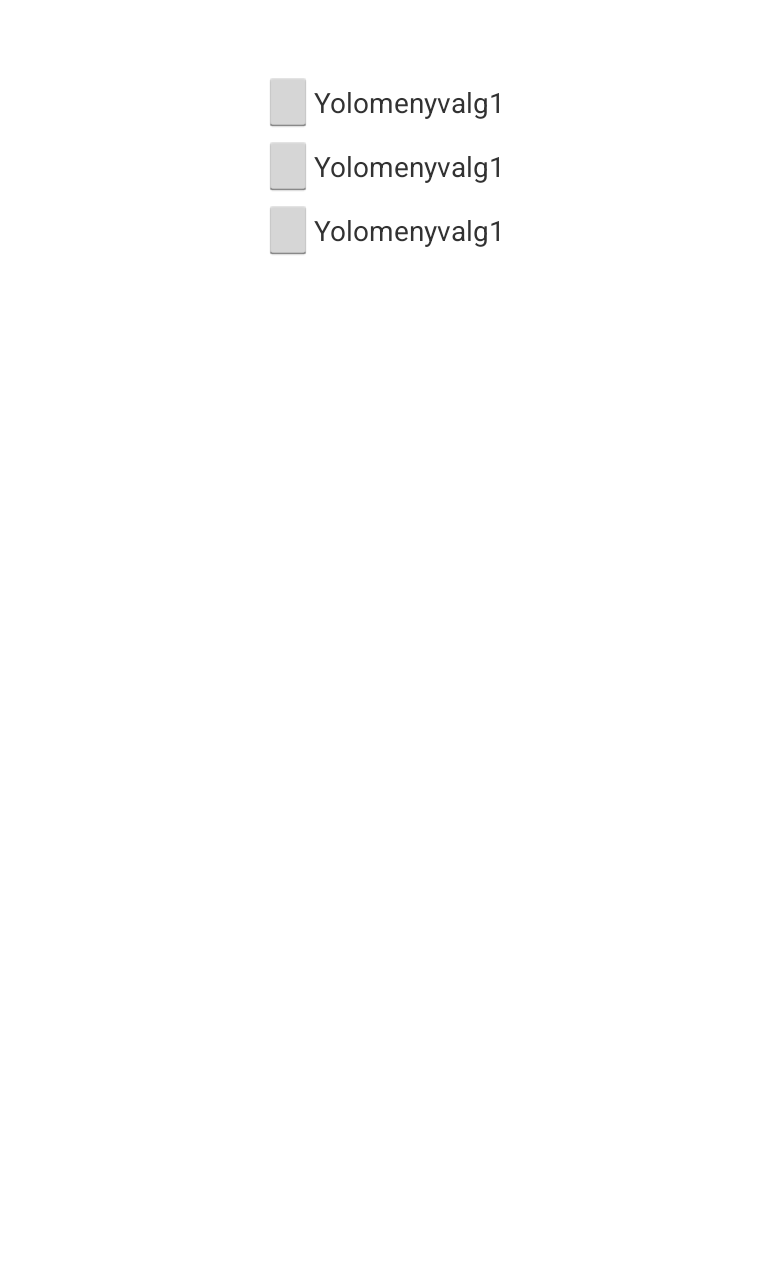
Repository: pumalove/workspace
Layout: MainActivity/res/layout/gridview.xml
The author's editor kept a copy of each file at every save. The layout is drawn from the files as they stood at one save, then again after the next save.
It is drawn on a 768 x 1280 px phone screen (xhdpi) without system bars, with theme AppTheme; the app's code is not run. Lists and similar views that code fills are empty.

Above is the layout before, as saved 2014-03-17 11:10:36.

### MainActivity/res/layout/gridview.xml
<?xml version="1.0" encoding="utf-8"?>
<LinearLayout xmlns:android="http://schemas.android.com/apk/res/android"
    android:layout_width="match_parent"
    android:layout_height="wrap_content"
    android:orientation="vertical"
    android:padding="15dp">

    <LinearLayout
        android:layout_marginBottom="20dp"
        android:layout_width="fill_parent"
        android:layout_height="wrap_content">

        <GridView
            android:id="@+id/gridview"
            android:layout_width="fill_parent"
            android:layout_height="wrap_content"
            android:columnWidth="90dp"
            android:numColumns="auto_fit"
            android:verticalSpacing="10dp"
            android:horizontalSpacing="10dp"
            android:stretchMode="columnWidth"
            android:gravity="center"
            />
	</LinearLayout>


    <LinearLayout
        android:id="@+id/linearlayout2"
        android:layout_width="fill_parent"
        android:layout_height="wrap_content"
        android:layout_gravity="center"
        android:orientation="vertical"
        android:layout_below="@id/gridview">

        <LinearLayout
            android:id="@+id/customButton1"
            android:layout_width="fill_parent"
            android:layout_height="wrap_content"
            android:orientation="horizontal"
            android:gravity="center"
            android:clickable="true">

            <ImageButton
                android:id="@+id/imageButton"
                android:layout_width="wrap_content"
                android:layout_height="wrap_content"
                android:layout_gravity="left"
                />

            <TextView
                android:layout_width="wrap_content"
                android:layout_height="wrap_content"
                android:layout_gravity="center"
                android:text="Yolomenyvalg1"/>

            </LinearLayout>


        <LinearLayout
            android:id="@+id/customButton2"
            android:layout_width="fill_parent"
            android:layout_height="wrap_content"
            android:orientation="horizontal"
            android:gravity="center"
            android:clickable="true">

            <ImageButton
                android:layout_width="wrap_content"
                android:layout_height="wrap_content"
                android:id="@+id/imageButton2"
                android:layout_gravity="center"
                />

            <TextView
                android:layout_width="wrap_content"
                android:layout_height="wrap_content"
                android:text="Yolomenyvalg1"/>

        </LinearLayout>

        <LinearLayout
            android:id="@+id/customButton3"
            android:layout_width="fill_parent"
            android:layout_height="wrap_content"
            android:orientation="horizontal"
            android:gravity="center"
            android:clickable="true">

            <ImageButton
                android:layout_width="wrap_content"
                android:layout_height="wrap_content"
                android:id="@+id/imageButton3"
                android:layout_gravity="center"
                />

            <TextView
                android:layout_width="wrap_content"
                android:layout_height="wrap_content"
                android:text="Yolomenyvalg1"/>

        </LinearLayout>
    </LinearLayout>



</LinearLayout>

Loaded but not shown: MainActivity/res/values/styles.xml (common file); MainActivity/res/values-v11/styles.xml (common file); MainActivity/res/values-v14/styles.xml (common file)

After the next save:
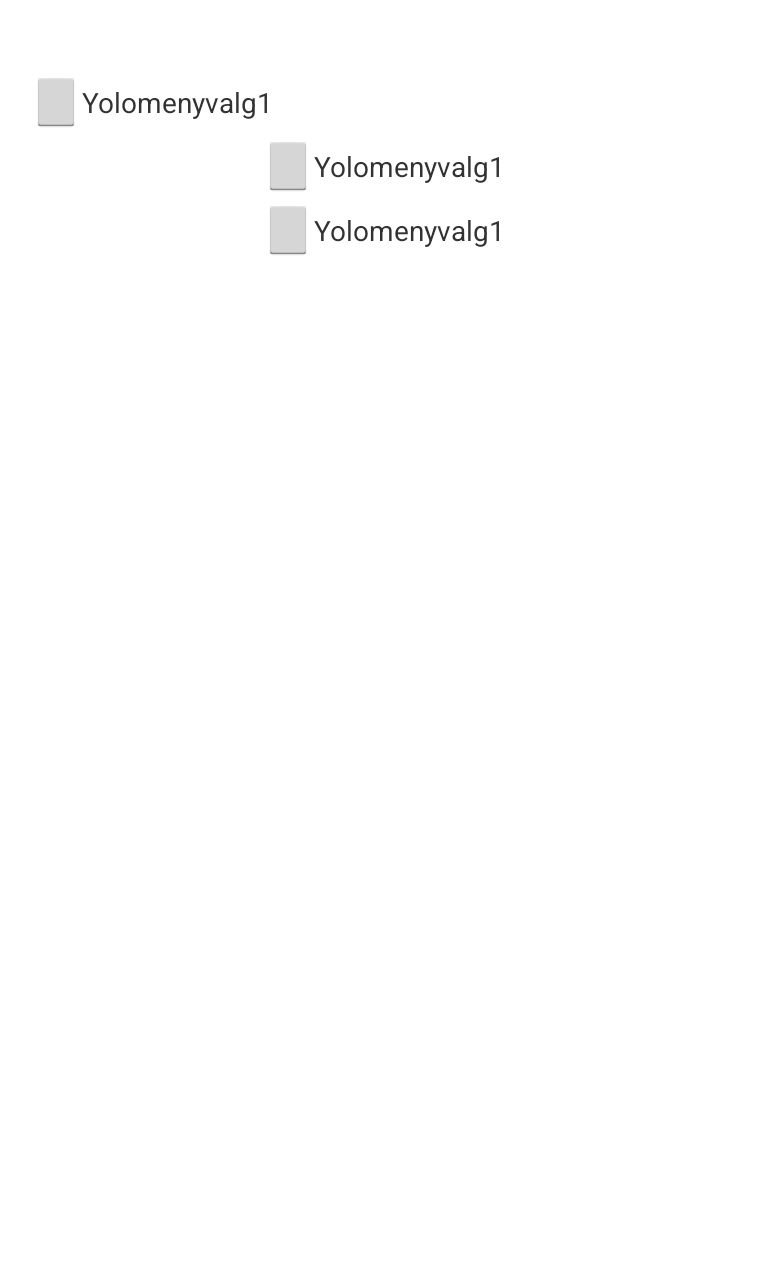
Saved 50 s later.
--- a/MainActivity/res/layout/gridview.xml
+++ b/MainActivity/res/layout/gridview.xml
@@ -37,7 +37,6 @@
             android:layout_width="fill_parent"
             android:layout_height="wrap_content"
             android:orientation="horizontal"
-            android:gravity="center"
             android:clickable="true">
 
             <ImageButton
